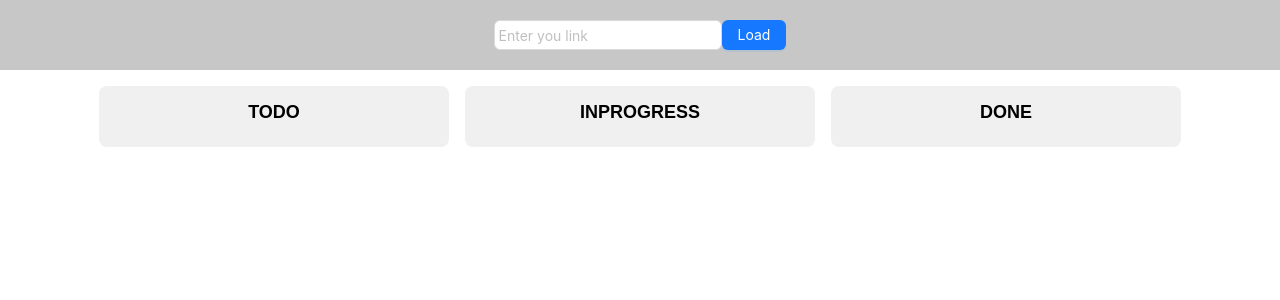
Repository: dVaselevsliy/kanban-test
Page: /
An editor plug-in stored every save of this project. The page is shown before and after the next save, followed by the edit.
The browser window is 1280 px wide. The pictures show the whole page.
The project was rebuilt for these pictures with package versions that can differ from the ones it lists, and the page was loaded fresh each time. Also part of the build but not shown: vite.config.ts, src/helpers/timeAgo.js, src/components/Issue.tsx.

Above is the page before, as saved 2025-03-03 02:03:10.

### src/main.tsx
import { StrictMode } from 'react'
import { createRoot } from 'react-dom/client'
import App from './App.tsx'
import 'antd/dist/reset.css';
import './styles/styles.scss'
import { Provider } from 'react-redux'
import { store } from './redux/store.ts'

createRoot(document.getElementById('root')!).render(
  <StrictMode>
    <Provider store={store}>
      <App />
    </Provider>
  </StrictMode>,
)

### src/App.tsx
import React, { useEffect, useState } from "react"
import KanbanBoard from "./components/KanbanBoard"
import { useAppDispatch, useAppSelector } from "./redux/hooks"
import { setIssues, setLink, setQuery} from "./array/dataArray"
import { getGitHubLink } from "./api"
import { Button, Input } from 'antd';


function App() {
  const [error, setError] = useState('')
  const [loading, setLoading] = useState(false)

  const dispatch = useAppDispatch()
  const { query, link, issues } = useAppSelector(state => state.data)

  const submit = (query: string) => {
    dispatch(setLink(query))
  }

  const handleSubmit = (event: React.FormEvent) => {
    event.preventDefault();

    if (query.length === 0) {
      return
    }

    submit(query)

    reset()
  }

  const reset = () => {
    dispatch(setQuery(''))
    setError('')
  }

  useEffect(() => {
    if (!link) return

    setLoading(true)
    setError('')
  /*  check local storage for repo link if it has tasks already
      if has - take tasks from local storage
      if no - make a request
    */
    getGitHubLink(link)
      .then(issues => {
        dispatch(setIssues(issues))
      })
      .catch(() => setError('Failed to loud issues'))
      .finally(() => setLoading(false))
  }, [dispatch, link])

  return (
    <>

      <div>
        <form onSubmit={handleSubmit} className="form">
          <label htmlFor="query"></label>
          <Input
            value={query}
            onChange={(event) => {
              dispatch(setQuery(event.target.value))
            }}
            className="input"
            placeholder="Enter you link"
            id="query"
            type="text" />

          <Button
            color="default"
            htmlType="submit"
            type="primary"
            className="button"
            loading={loading}
          >
            Load
          </Button>
          {error && error}
        </form>
        <KanbanBoard issues={issues} repoUrl={link} />
      </div>
    </>
  )
}

export default App

### src/styles/styles.scss
* {
  box-sizing: border-box;
}

body {
  margin: 0;
  padding: 0;
}

.form {
  display: flex;
  justify-content: center;
  padding-block: 20px;
  background-color: #c7c7c7;
}

.input {
  height: 30px;
  width: 100%;
  max-width: fit-content;
  padding: 4px;
}

.button {
  height: 30px;
}

.colums > div {
  flex: 1;
  display: flex;
  flex-direction: column;
}

.colums {
  display: flex;
  justify-content: center;
  align-items: stretch;
  gap: 20px;
  width: 100%;

  &__name {
    text-align: center;
  }

  &__container {
    background-color: #d1d2d7;
    margin: 20px;
    border: 1px solid;
    flex-grow: 1;
    display: flex;
    flex-direction: column;
    align-items: center;
  }
}

.issue {
  border: 1px solid black;
  display: flex;
  flex-direction: column;
  width: 100%;
  margin: auto;
  padding: 15px;
  margin: 20px 0;
  border-radius: 16px;
  background-color: white;
  cursor: grab;

  &__title {
    text-align: left;
    font-size: 14px;
    font-weight: 400;
    margin: 0;
    margin-block: 5px;
    font-weight: bold;
  }

  &__description {
    text-align: left;
    font-size: 14px;
    font-weight: 400;
    margin: 0;
    margin-block: 5px;
  }

  &__second-section {
    display: flex;
    align-items: baseline;
    gap: 5px;
  }

  &__id {
    margin: 0;
    font-size: 14px;
  }

  &__third-section {
    display: flex;
    gap: 10px;
    width: 100%;
  }

  &__link {
    margin: 0;
  }
}

.kanban-container {
  display: flex;
  justify-content: center;
  gap: 16px;
  padding: 16px;
}

.kanban-column {
  max-width: 350px;
  width: 33.3%;
  padding: 16px;
  background-color: #f0f0f0;
  border-radius: 8px;
}

.kanban-title {
  font-size: 18px;
  font-weight: bold;
  margin-bottom: 8px;
  text-align: center;
}

.kanban-task {
  padding: 8px;
  background-color: white;
  border-radius: 4px;
  box-shadow: 0 2px 4px rgba(0, 0, 0, 0.1);
  margin-bottom: 8px;
  cursor: pointer;
}

.kanban-task:active {
  opacity: 0.7;
}

.kanban-new-task {
  width: 33.3%;
  padding: 16px;
}

.kanban-input {
  width: 100%;
  padding: 8px;
  border: 1px solid #ccc;
  border-radius: 4px;
}

.kanban-button {
  width: 100%;
  margin-top: 8px;
  padding: 8px;
  background-color: #007bff;
  color: white;
  border: none;
  border-radius: 4px;
  cursor: pointer;
}

.kanban-button:hover {
  background-color: #0056b3;
}

### src/redux/store.ts
import { configureStore } from "@reduxjs/toolkit";
import dataReducer from "../../src/array/dataArray";

export const store = configureStore({
  reducer: {
    data: dataReducer,
  },
});

export type AppDispatch = typeof store.dispatch;
export type RootState = ReturnType<typeof store.getState>;

### src/components/KanbanBoard.tsx
import { useEffect, useState } from "react";
import Task from "./Issue";
import { IssueType } from "../type/IssueType";
import { } from 'antd';

const initialTasks = {
  todo: [],
  inProgress: [],
  done: [],
};

interface Props {
  issues: IssueType[],
  repoUrl: string
}

export default function KanbanBoard({ issues, repoUrl }: Props) {
  const [tasks, setTasks] = useState(initialTasks);
  const [draggedTask, setDraggedTask] = useState(null);
  const [draggedOverTask, setDraggedOverTask] = useState(null);

  useEffect(() => {
    const storedTasks = localStorage.getItem(`kanban-${repoUrl}`)
    if (storedTasks) {
      setTasks(JSON.parse(storedTasks))
    } else {
      const newTasks = {
        todo: issues.filter(issue => issue.state === 'open' && !issue.assignee),
        inProgress: issues.filter(issue => issue.state === 'open' && issue.assignee),
        done: issues.filter(issue => issue.state === 'closed')
      }
      setTasks(newTasks)
    }
  }, [issues, repoUrl])

  useEffect(() => {
    localStorage.setItem(`kanban-${repoUrl}`, JSON.stringify(tasks))
  }, [tasks, repoUrl])

  const handleDragStart = (task: IssueType, column: string) => {
    setDraggedTask({ task, column });
  };

  const handleDragOver = (task: IssueType) => {
    setDraggedOverTask(task);
  };

  const handleDrop = (column: string) => {
    if (!draggedTask) return;

    const { task, column: fromColumn } = draggedTask;

    if (fromColumn === column) {
      const updatedColumn = [...tasks[column]];
      const fromIndex = updatedColumn.indexOf(task);
      const toIndex = updatedColumn.indexOf(draggedOverTask);

      updatedColumn.splice(fromIndex, 1);
      updatedColumn.splice(toIndex, 0, task);

      setTasks({ ...tasks, [column]: updatedColumn });
      /* local storage */
    } else {
      const updatedFromColumn = tasks[fromColumn].filter((t) => t !== task);
      const updatedToColumn = [...tasks[column]];
      const toIndex = draggedOverTask ? updatedToColumn.indexOf(draggedOverTask) : updatedToColumn.length;

      updatedToColumn.splice(toIndex, 0, task);

      setTasks({
        ...tasks,
        [fromColumn]: updatedFromColumn,
        [column]: updatedToColumn,
      });
      /* local storage - tasks for each repo
        {
          repo1URl: [
          ...
          ],
          repo2URl: [
          ...
          ],
        }
      */
    }

    setDraggedTask(null);
    setDraggedOverTask(null);
  };

  const columns = ["todo", "inProgress", "done"];

  return <div className="kanban-container">
      {columns.map((col) => (
        <div
          key={col}
          className="kanban-column"
          onDragOver={(e) => e.preventDefault()}
          onDrop={() => handleDrop(col)}
        >
          <h2 className="kanban-title">{col.toUpperCase()}</h2>
          {tasks[col].map((task) => (
            <Task
              key={task.id}
              issue={task}
              col={col}
              handleDragStart={handleDragStart}
              handleDragOver={handleDragOver}
            />
          ))}
        </div>
      ))}
    </div>
}

### src/redux/hooks.ts
import { TypedUseSelectorHook, useDispatch, useSelector } from "react-redux";
import { AppDispatch } from "./store";
import { RootState } from "@reduxjs/toolkit/query";

export const useAppDispatch = () => useDispatch<AppDispatch>()
export const useAppSelector: TypedUseSelectorHook<RootState> = useSelector

### src/array/dataArray.ts
import { createSlice, PayloadAction } from "@reduxjs/toolkit"
import { IssueType } from "../type/IssueType"

type DataType = {
  query: string
  link: string
  issues: IssueType[]
}

const initialState: DataType = {
  query: '',
  link: '',
  issues: [],
}

const dataSlice = createSlice({
  name: 'data',
  initialState,
  reducers: {
    setQuery: (state, action: PayloadAction<string>) => {
      state.query = action.payload
    },
    setLink: (state, action: PayloadAction<string>) => {
      state.link = action.payload
    },
    setIssues: (state, action: PayloadAction<IssueType[]>) => {
      state.issues = action.payload
    }
  }
})

export default dataSlice.reducer
export const { setQuery, setLink, setIssues } = dataSlice.actions;

### src/api.ts
export function getGitHubLink(link: string) {
  try {
    const repoPath = new URL(link).pathname.replace(/^\//, "");
    const url = `https://api.github.com/repos/${repoPath}/issues`

    return fetch(url, {
      headers: {
        "Accept": "application/vnd.github.v3+json",
      },
    })
      .then(res => res.json())
      .catch(() => 'Link loading Error')
  } catch {
    return Promise.resolve({error: 'Invalid URL'})
  }
}

Loaded but not shown: index.html (common file)

After the next save:
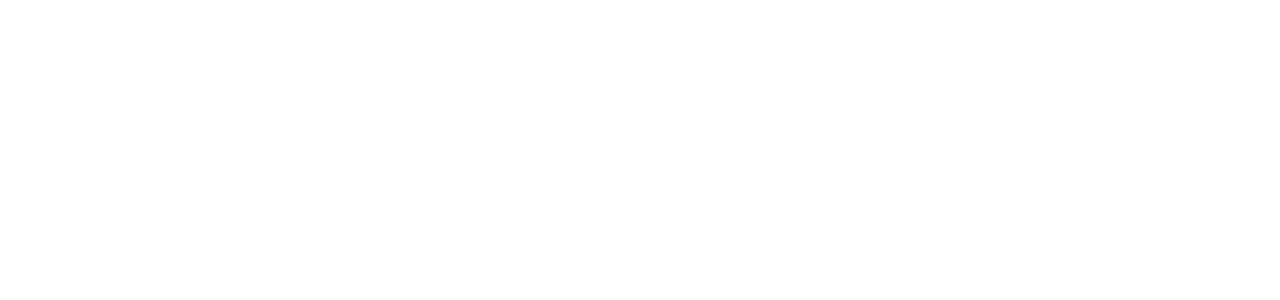
Console error: ReferenceError: Spin is not defined
Saved 7 s later.
--- a/src/App.tsx
+++ b/src/App.tsx
@@ -53,7 +53,7 @@
 
   return (
     <>
-
+      <Spin indicator={<LoadingOutlined spin />} size="large" />
       <div>
         <form onSubmit={handleSubmit} className="form">
           <label htmlFor="query"></label>

After the 2 saves that followed:
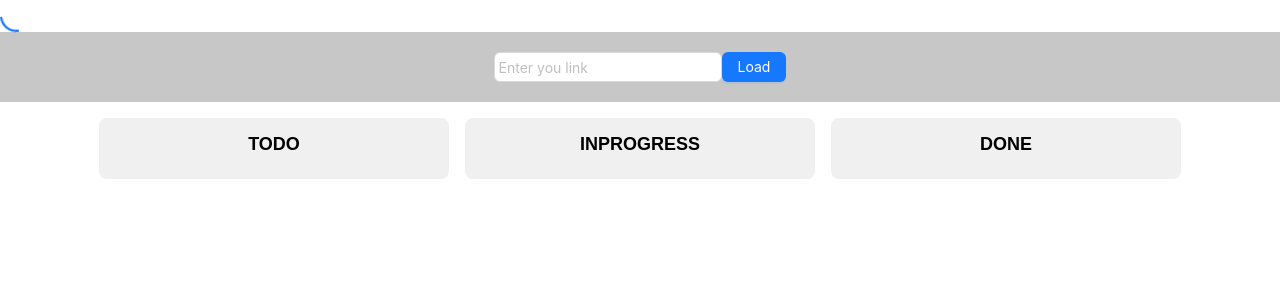
The error is gone.
The 2 saves are shown as one change because 1 left the picture as it was.
The last was saved 95 s later.
--- a/src/App.tsx
+++ b/src/App.tsx
@@ -3,7 +3,8 @@
 import { useAppDispatch, useAppSelector } from "./redux/hooks"
 import { setIssues, setLink, setQuery} from "./array/dataArray"
 import { getGitHubLink } from "./api"
-import { Button, Input } from 'antd';
+import { Button, Input, Spin } from 'antd';
+import { LoadingOutlined } from "@ant-design/icons"
 
 
 function App() {
